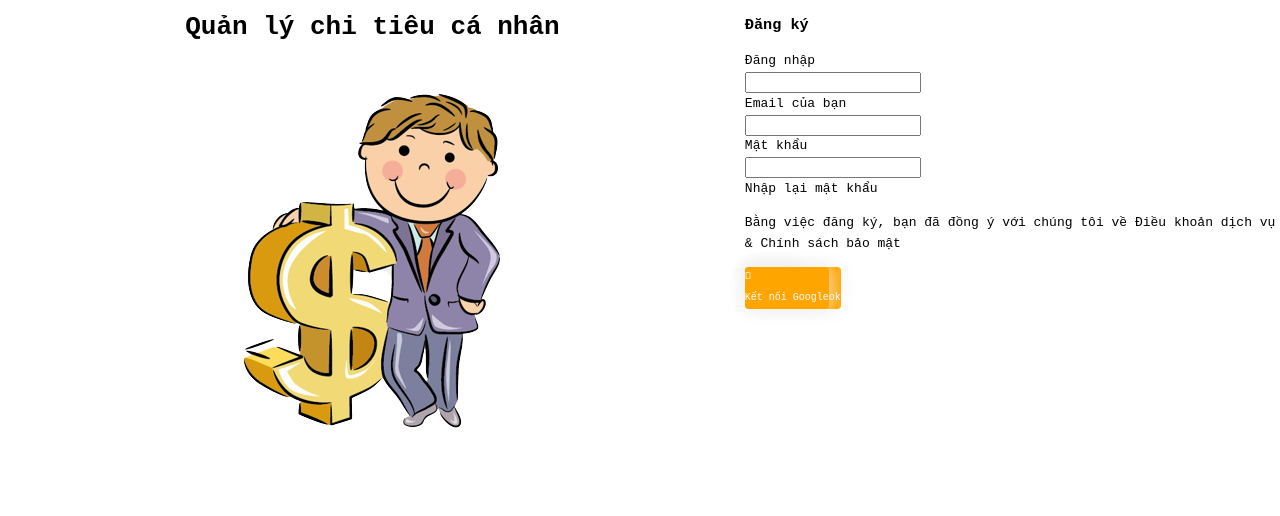
Repository: ximvhs/sochitieu
Page: login.html
These files come from the project's save history. The page is drawn as it stood at one moment and after a run of saves; the edit follows.
The browser window is 1280 px wide. The pictures show the whole page.
Some web fonts or font styles are not loaded; a fallback is used.

Above is the page before, as saved 2023-04-05 10:01:36.

After the next 5 saves:
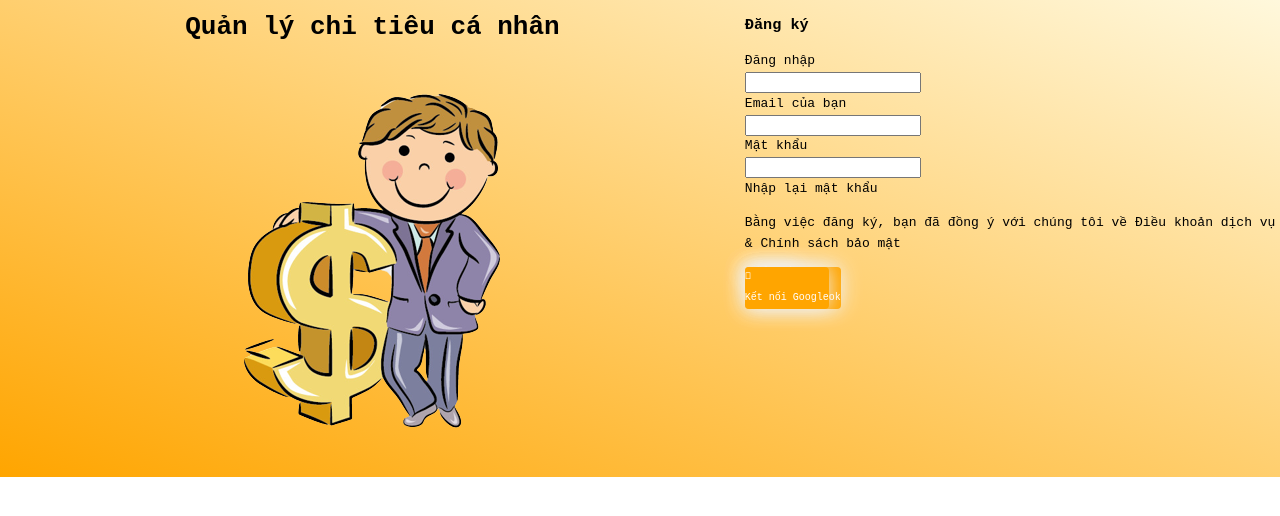
The 5 saves are shown as one change because they came seconds apart.
The last was saved 13 s later.
--- a/assets/css/login.css
+++ b/assets/css/login.css
@@ -1,5 +1,5 @@
 .modal {
-    background-image: linear-gradient(to top right), var(--secondary-color);
+    background-image: linear-gradient(to top right, var(--secondary-color), var(--primary-color));
 }
 
 .modal__body {

After the save that followed:
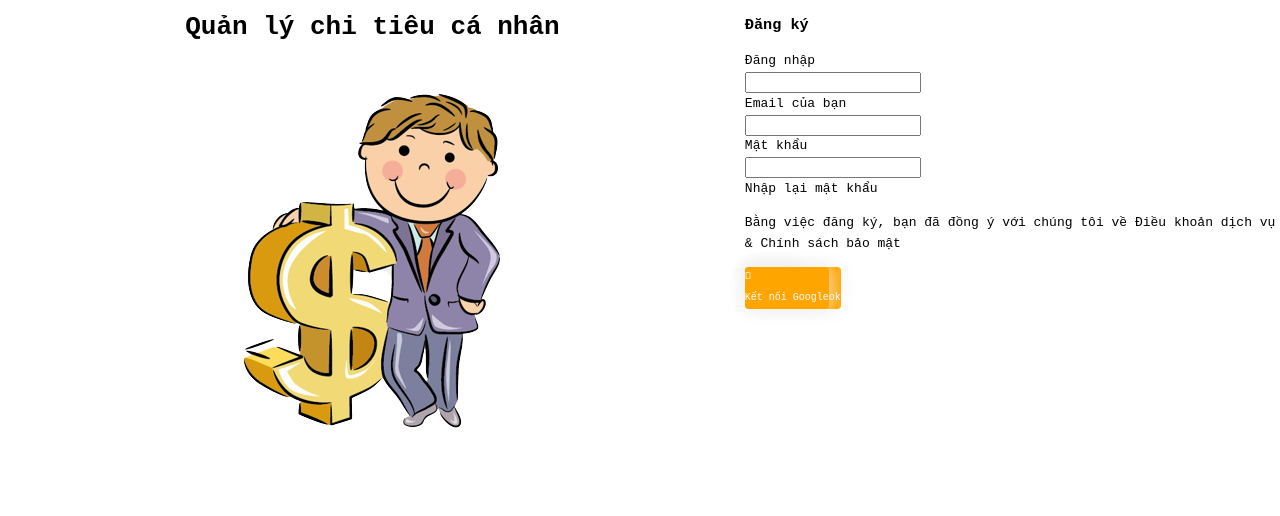
Saved 19 s later.
--- a/assets/css/login.css
+++ b/assets/css/login.css
@@ -1,5 +1,5 @@
 .modal {
-    background-image: linear-gradient(to top right, var(--secondary-color), var(--primary-color));
+    background-image: linear-gradient(to top right  , var(--secondary-color));
 }
 
 .modal__body {
